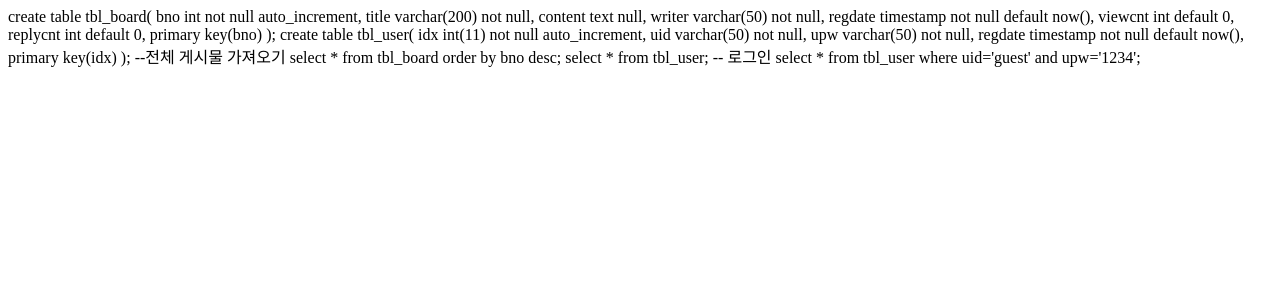
Repository: yejin-yun/server_script_game
Page: http://localhost/model1/
An editor plug-in stored every save of this project. The page is shown before and after the next save, followed by the edit.
The browser window is 1280 px wide. The pictures show the whole page.
The page is served by Tomcat 9.

Above is the page before, as saved 2020-02-13 16:13:52.

After the next save:
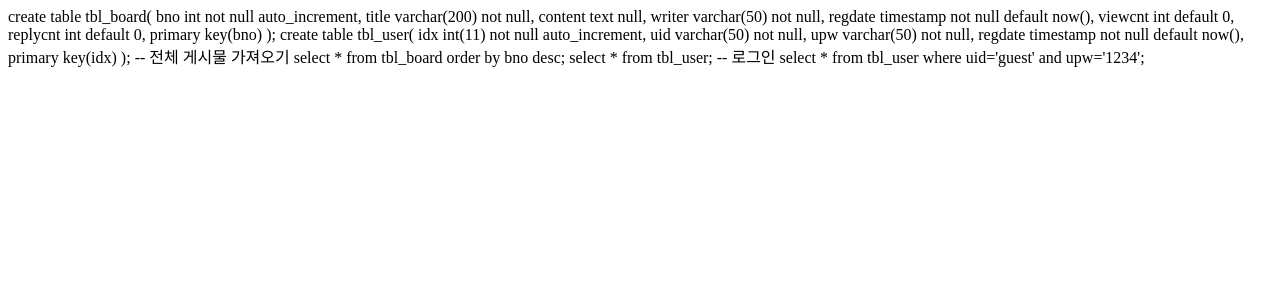
Saved 4 s later.
--- a/Servlet_JSP/model1/WebContent/index.jsp
+++ b/Servlet_JSP/model1/WebContent/index.jsp
@@ -17,7 +17,7 @@ create table tbl_user(
 	regdate timestamp not null default now(),
 	primary key(idx)
 );
---전체 게시물 가져오기
+-- 전체 게시물 가져오기
 select * from tbl_board order by bno desc;
 
 select * from tbl_user;
